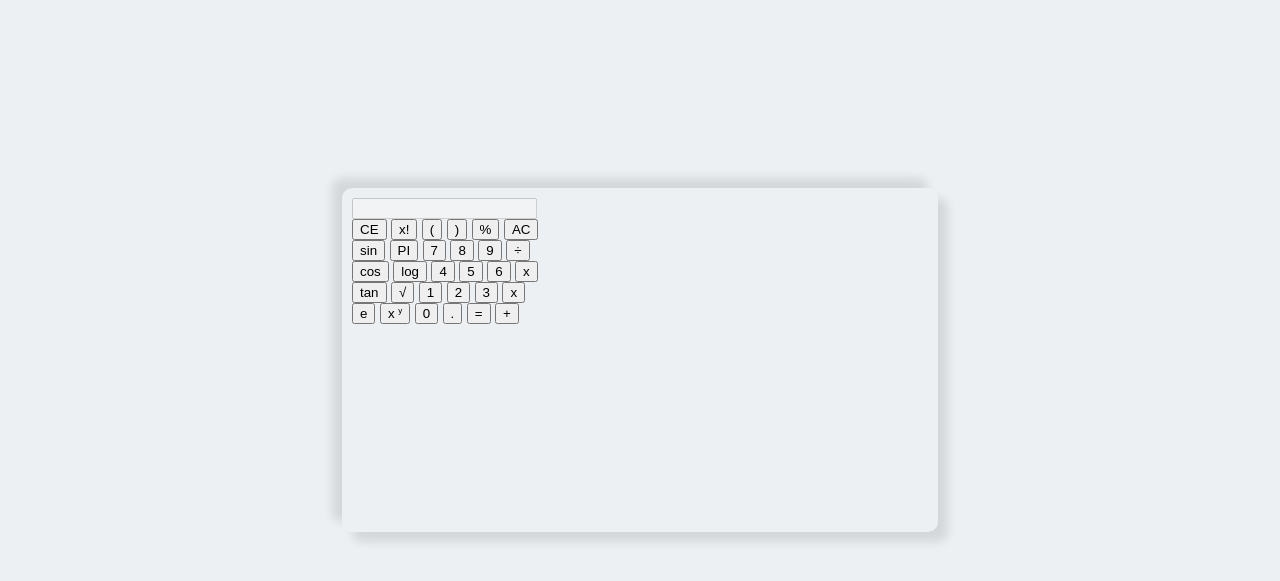
Repository: Haakim19/Scientific-Calculator
Page: intex.html
An editor plug-in stored every save of this project. The page is shown before and after the next save, followed by the edit.
The browser window is 1280 px wide. The pictures show the whole page.

Above is the page before, as saved 2024-10-27 11:52:03.

### intex.html
<!DOCTYPE html>
<html lang="en">
<head>
    <meta charset="UTF-8">
    <meta name="viewport" content="width=device-width, initial-scale=1.0">
    <title>Scientific Calculator</title>
    <link rel="stylesheet" href="Style.css">
</head>
<body>
    <div class="container">
        <div class="display">
            <input type="text" id="display" disabled>
        </div>
        <div class="row">
            <button class="btn">CE</button>
            <button class="btn">x!</button>
            <button class="btn">(</button>
            <button class="btn">)</button>
            <button class="btn">%</button>
            <button class="btn">AC</button>
        </div>
        <div class="row">
            <button class="btn">sin</button>
            <button class="btn">PI</button>
            <button class="btn">7</button>
            <button class="btn">8</button>
            <button class="btn">9</button>
            <button class="btn">÷</button>
        </div>
        <div class="row">
            <button class="btn">cos</button>
            <button class="btn">log</button>
            <button class="btn">4</button>
            <button class="btn">5</button>
            <button class="btn">6</button>
            <button class="btn">x</button>
        </div>
        <div class="row">
            <button class="btn">tan</button>
            <button class="btn">√</button>
            <button class="btn">1</button>
            <button class="btn">2</button>
            <button class="btn">3</button>
            <button class="btn">x</button>
        </div>
        <div class="row">
            <button class="btn">e</button>
            <button class="btn">x <sup style="font-size: 0.5rem;">y</sup></button>
            <button class="btn">0</button>
            <button class="btn">.</button>
            <button class="btn">=</button>
            <button class="btn">+</button>
        </div>
</body>

</html>

### Style.css
body{
    /* background-color: #f0f0f0; */
    font-family: Arial, sans-serif;
    margin: 0;
    padding: 0;
    justify-content: center;
    align-items: center;
    display: flex;
    min-height: 100vh;
    background: #ecf0f3;
}

.container{
    width: 45%;
    height: 45vh;
    padding: 10px;
    border-radius: 10px;
    box-shadow: 10px 10px 10px rgba(0, 0, 0, 0.1),
                -10px -10px 10px rgba(0, 0, 0, 0.1);
}

After the next save:
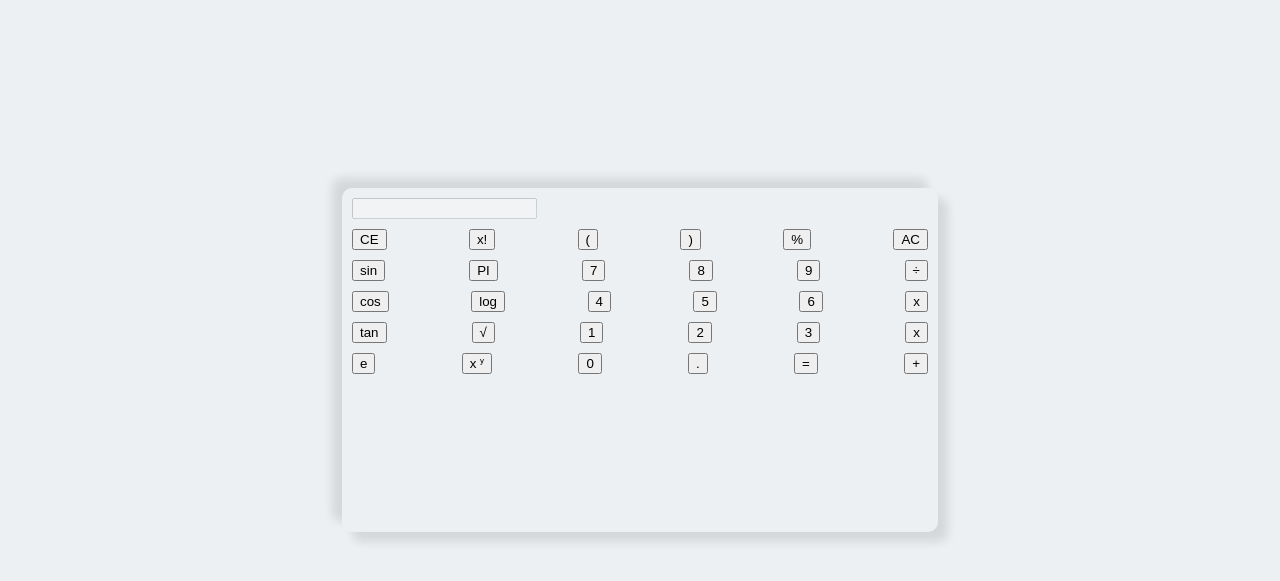
Saved 110 s later.
--- a/Style.css
+++ b/Style.css
@@ -18,3 +18,8 @@ body{
     box-shadow: 10px 10px 10px rgba(0, 0, 0, 0.1),
                 -10px -10px 10px rgba(0, 0, 0, 0.1);
 }
+div.row{
+    display: flex;
+    justify-content: space-between;
+    margin: 10px 0;
+}
